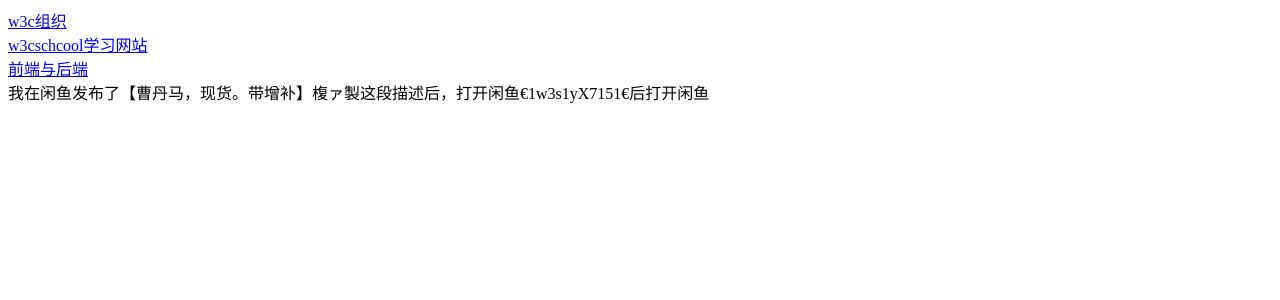
Repository: kankda11/WebProject1
Page: front.html
The author's editor kept a copy of each file at every save. The page is drawn from the files as they stood at one save, then again after the next save.
The browser window is 1280 px wide. The pictures show the whole page.

Above is the page before, as saved 2020-07-11 14:26:27.

After the next save:
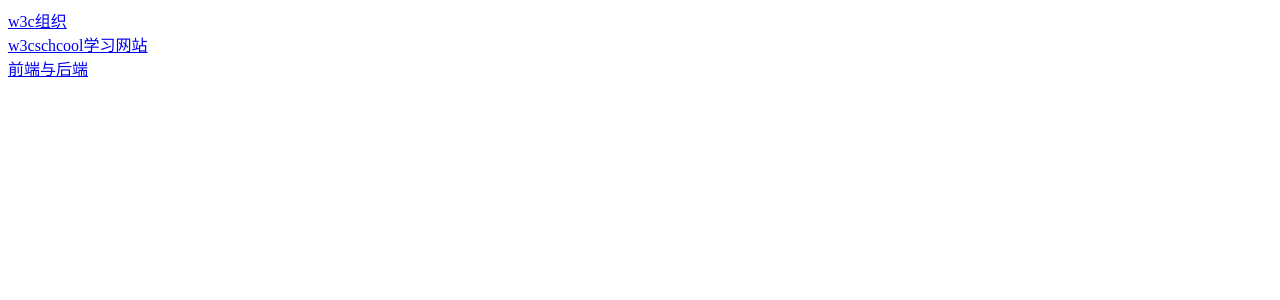
Saved 5 s later.
--- a/front.html
+++ b/front.html
@@ -8,7 +8,6 @@
   <body>
     <a href="http://www.w3c.org">w3c组织</a><br />
     <a href="http://www.w3cschool.com.cn">w3cschcool学习网站</a><br />
-    <a href="test.html">前端与后端</a><br>我在闲鱼发布了【曹丹马，现货。带增补】椱ァ製这段描述后，打开闲鱼€1w3s1yX7151€后打开闲鱼
-
+    <a href="test.html">前端与后端</a><br />
   </body>
 </html>
